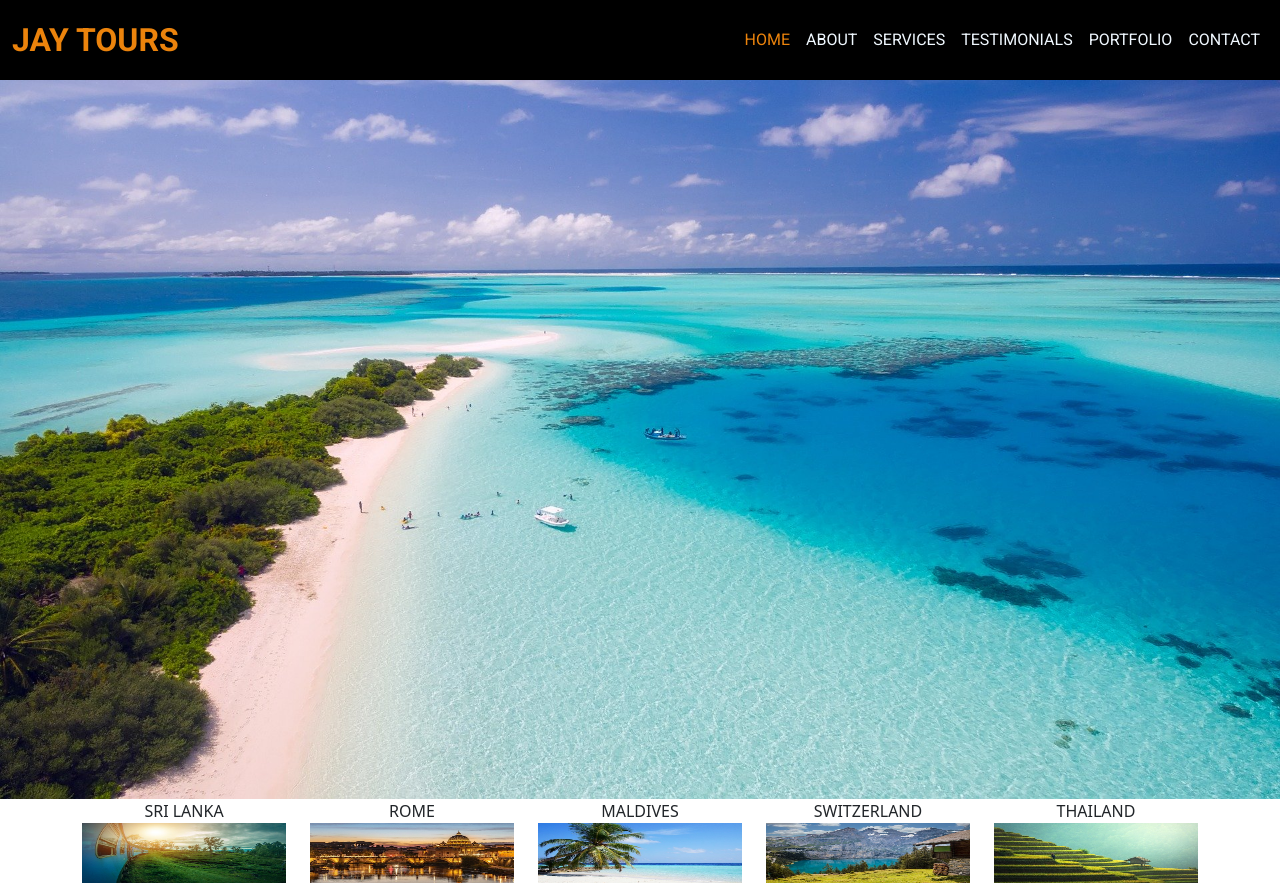
Repository: kasundiudn/Jay-Travel
Page: index.html
These files come from the project's save history. The page is drawn as it stood at one moment and after a run of saves; the edit follows.
The browser window is 1280 px wide. The pictures show the whole page.

Above is the page before, as saved 2025-06-26 10:21:59.

After the next 4 saves:
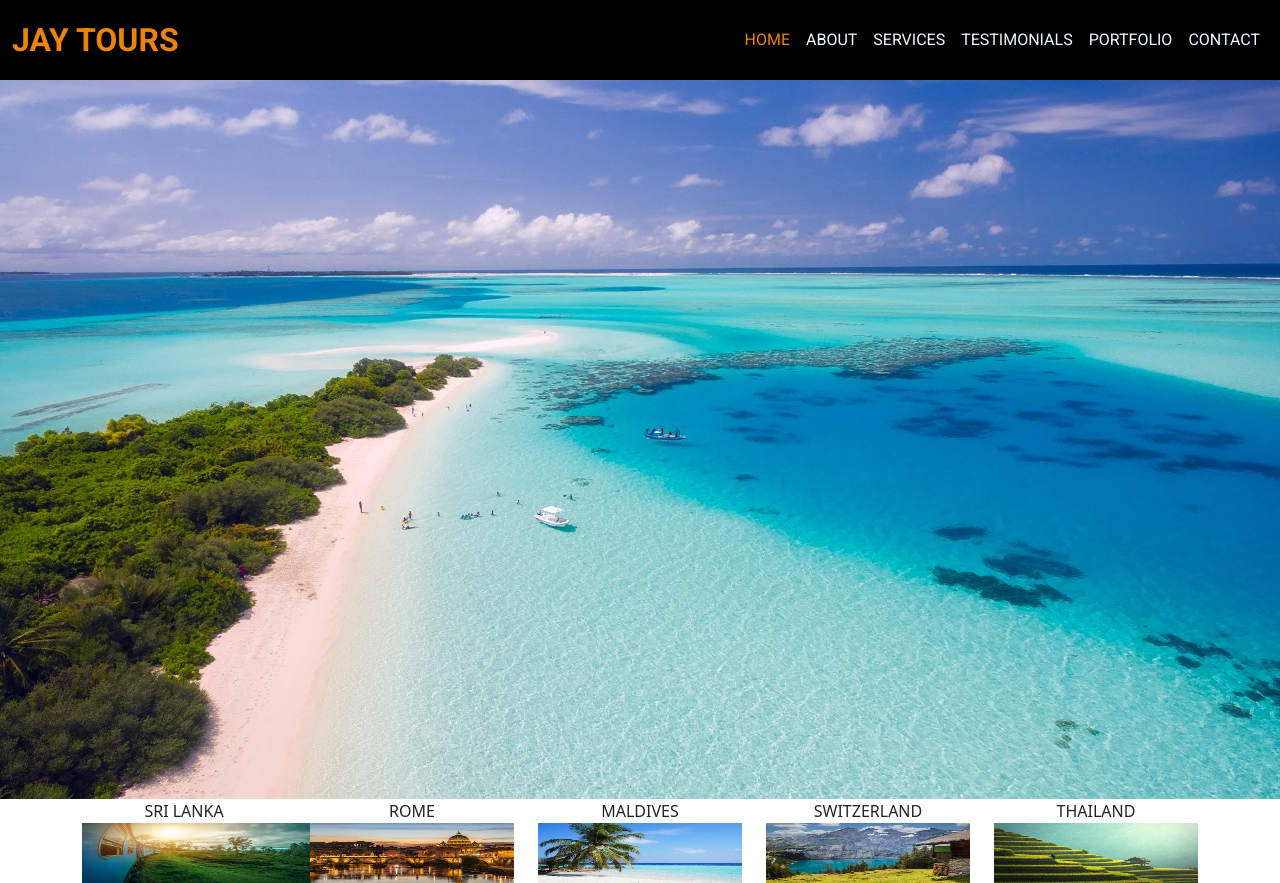
The 4 saves are shown as one change because they came seconds apart.
The last was saved 42 s later.
--- a/index.html
+++ b/index.html
@@ -55,7 +55,7 @@
   <div class="row">
     <div class="col">
       SRI LANKA
-      <img src="Sri Lanka.jpg" alt="SRI LANKA" style="width: 100%; height: 60px;">
+      <img src="Sri Lanka.jpg" alt="SRI LANKA" style="width: 120%; height: 60px;">
     </div>
     <div class="col">
       ROME
